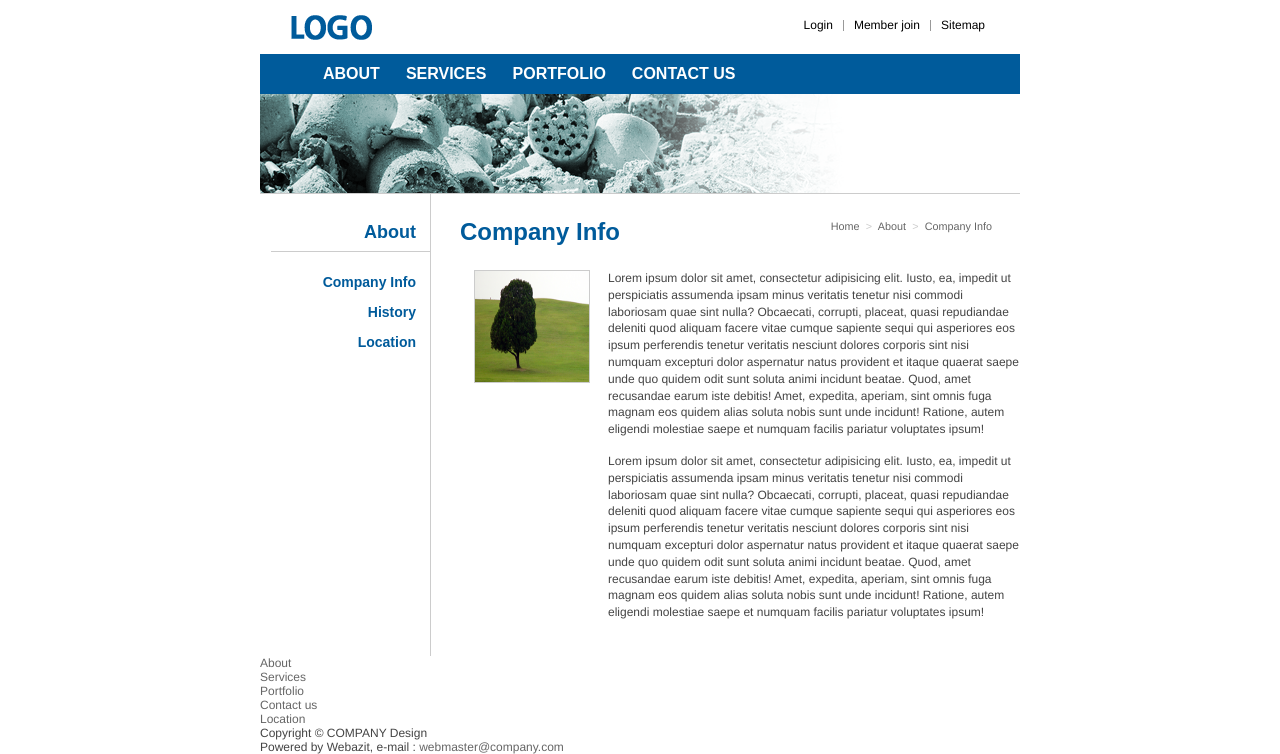
Repository: codelily98/Web
Page: CSS3/src/main/webapp/10_webPage/index.html
The author's editor kept a copy of each file at every save. The page is drawn from the files as they stood at one save, then again after the next save.
The browser window is 1280 px wide. The pictures show the whole page.
Some web fonts or font styles are not loaded; a fallback is used.

Above is the page before, as saved 2024-08-16 12:55:22.

### CSS3/src/main/webapp/10_webPage/index.html
<!DOCTYPE html>
<html>
<head>
<meta charset="UTF-8">
<title>Insert title here</title>
<link rel="stylesheet" href="./main.css">
</head>
<body>
<dl class="skip">
	<dt class="blind">skip navigation</dt>
	<dd><a href="#content">skip to content</a></dd>
</dl> <!-- skip -->
<hr/>

<div id="wrap">
	<div id="header">
		<h1 class="logo"><a href="#">LOGO</a></h1>

		<dl class="topnav">
			<dt class="blind">top navigation</dt>
			<dd><a href="#">Login</a></dd>
			<dd><a href="#">Member join</a></dd>
			<dd><a href="#">Sitemap</a></dd>
		</dl>

		<h2 class="blind">main navigation</h2>
		<ul class="mainnav">
			<li><a href="#">About</a></li>
			<li><a href="#">Services</a></li>
			<li><a href="#">Portfolio</a></li>
			<li><a href="#">Contact us</a></li>
		</ul>
	</div> <!-- header -->
	<hr/>

	<div id="container">
		<div class="snb">
			<h2>About</h2>
			<ul>
				<li><a href="#">Company Info</a></li>
				<li><a href="#">History</a></li>
				<li><a href="#">Location</a></li>
			</ul>
		</div> <!-- snb -->
		<hr/>

		<div id="content">
			<p class="locate">
				<a href="#">Home</a> &gt;
				<a href="#">About</a> &gt;
				<strong>Company Info</strong>
			</p>

			<h2>Company Info</h2>

			<p class="thum">
				<img src="../image/treethum.png" alt="tree thumnail photo">
			</p>

			<!-- <p>태그는 중첩이 안되므로 <div>로 감싸준다. -->
			<div class="text">
				<p>Lorem ipsum dolor sit amet, consectetur adipisicing elit. Iusto, ea, impedit ut
				perspiciatis assumenda ipsam minus veritatis tenetur nisi commodi laboriosam
				quae sint nulla? Obcaecati, corrupti, placeat, quasi repudiandae deleniti quod
				aliquam facere vitae cumque sapiente sequi qui asperiores eos ipsum perferendis
				tenetur veritatis nesciunt dolores corporis sint nisi numquam excepturi dolor
				aspernatur natus provident et itaque quaerat saepe unde quo quidem odit sunt
				soluta animi incidunt beatae. Quod, amet recusandae earum iste debitis! Amet,
				expedita, aperiam, sint omnis fuga magnam eos quidem alias soluta nobis sunt
				unde incidunt! Ratione, autem eligendi molestiae saepe et numquam facilis
				pariatur voluptates ipsum!</p>
				<p>Lorem ipsum dolor sit amet, consectetur adipisicing elit. Iusto, ea, impedit ut
				perspiciatis assumenda ipsam minus veritatis tenetur nisi commodi laboriosam
				quae sint nulla? Obcaecati, corrupti, placeat, quasi repudiandae deleniti quod
				aliquam facere vitae cumque sapiente sequi qui asperiores eos ipsum perferendis
				tenetur veritatis nesciunt dolores corporis sint nisi numquam excepturi dolor
				aspernatur natus provident et itaque quaerat saepe unde quo quidem odit sunt
				soluta animi incidunt beatae. Quod, amet recusandae earum iste debitis! Amet,
				expedita, aperiam, sint omnis fuga magnam eos quidem alias soluta nobis sunt
				unde incidunt! Ratione, autem eligendi molestiae saepe et numquam facilis
				pariatur voluptates ipsum!</p>
			</div>
		</div> <!-- content -->
	</div> <!-- container -->
	<hr/>

	<div id="footer">
		<dl class="btmnav">
			<dt class="blind">bottom navigation</dt>
			<dd><a href="#">About</a></dd>
			<dd><a href="#">Services</a></dd>
			<dd><a href="#">Portfolio</a></dd>
			<dd><a href="#">Contact us</a></dd>
			<dd><a href="#">Location</a></dd>
		</dl>

		<p class="copy">
			Copyright &copy; COMPANY Design<br>
			Powered by Webazit, e-mail : <a href="mailto:webmaster@company.com">webmaster@company.com</a>
		</p>
	</div> <!-- footer -->
</div> <!-- wrap -->
</body>
</html>

<!--
Skip Navigation
Skip Navigation 사용하는 가장 큰 이유는 사용자 편의 및 웹 접근성이다.

웹 접근성이라고 하면 우리나라에서는 장애인에 대한 편의를 제공하는 것이다.

본문으로 이동하기 위해서는 대 메뉴와 좌측 메뉴 등과 같이 반복적으로 제공되는 링크를 모두 거쳐야만 한다.
즉, Tab키/방향키을 반복적으로 눌러야하는 불필요한 행동을 해야하는 것이다. 이는 웹 접근성을 저해하는 주요인이 된다.
그래서 사용자 특히 장애인이 반복적인 링크들로 인해 불편해 하지 않고, 원하는 영역 즉 ‘본문’으로 바로 이동할 수 있는 건너뛰기 링크를 반드시 제공해야 한다.

하지만 더 큰 범위에서는 정상적으로 쓸 수 없는 상황에 대해서도 편의를 제공하는 것이다.

가령 내가 마우스가 고장났다면?
또는 키보드를 못쓴다면?

여기서 Skip Navigation는 키보드만으로 접근을 하는 사용자를 위한 편의를 제공하는 경우도 있다
마우스로 우리가 보고자 하는 본문 내용 쪽으로 포커스를 움직인다면 편리하겠지만,
키보드만으로 쓰는 경우는 본문으로 가기까지 거쳐야 하는 메뉴들이 많다.
그래서 HTML 가장 상단에 Skip Navigation를 만들어 놓는다.

Skip Navigation는 <body>다음으로 나오는 것이 가장 적절하다

[본문 바로가기] || [메뉴 바로가기] || [하단정보 바로가기]
등의 Skip Navigation가 가장 많다.

HTML
<div class="skipnav">
<ul>
	<li><a href="본문 아이디값">본문으로 이동</a></li>
	<li><a href="하단정보 아이디값">하단정보 바로가기</a></li>
</ul>
</div>

CSS
.skipnav a {display:none}
.skipnav a:focus,
.skipnav a:active {display:block;}

css 는 만들기 나름이다.
js나 css3를 써서 움직임을 줄 수도 있고,
position을 이용하여 display: none이 아닌 화면에서 보이지 않게 한 후 포커스가 가면 나오게 할 수도 있다.
 -->

### CSS3/src/main/webapp/10_webPage/main.css
@charset "UTF-8";

@import url("./reset.css");

/* '나눔고딕체'이고, 웹 폰트를 활용 */
@import url("http://fonts.googleapis.com/earlyaccess/nanumgothic.css");

hr {
	display: none;
}
.blind {
	display: block;
	overflow: hidden;
	position: absolute;
	left: 0;
	top: -1000em;
}
/* skip */
.skip a {
	display: block;
	overflow: hidden;
	position: absolute;
	left: 0;
	top: -1000em;
	z-index: 9999;
	width: 100%;
	background-color: navy;
	color: white;
	font: bold 1.3em Tahoma, sans-serif;
	text-decoration: none;
	text-align: center;
}
.skip a:hover, .skip a:active, .skip a:focus {
	top: 0;
	padding: 0.5em 0;
}


/* 페이지 전체 가로 너비 지정 및 가운데 정렬 */
#wrap {
	width: 760px;
	margin: 0 auto;
}
/* header */
#header {
	position: relative;

	padding-bottom: 99px;
	border-bottom: 1px solid #cccccc;
	background: url("../image/bg_header.png") no-repeat 50% 100%;
}
.logo {
	padding: 12px 0 12px 26px;
}
.logo a {
	display: block;
	overflow: hidden;
	width: 90px;
	height: 30px;
	background: url("../image/logo.png") no-repeat;
	text-indent: -9999em /* 들여쓰기 => 양수이면 들여쓰기, 음수이면 내어쓰기가 된다. */
}
.topnav {
	position: absolute;
	right: 35px;
	top: 18px;
}
.topnav dd {
	float: left;
	padding-right: 11px;
	margin-right: 10px;
	background: url("../image/bg_topnav.png") no-repeat 100% 50%;
}
.topnav dd:last-child {
	padding-right: 0;
	margin-right: 0;
	background: none;
}
.topnav dd a {
	color: black;
	font-size: 9pt;
}
.mainnav {
	padding-left: 50px;
	background-color: #005B9B;
}
.mainnav:after {
	content: '';
	display:block;
	clear: both;
}
.mainnav li {
	float: left;
}
.mainnav li a {
	display: block;
	padding: 0 13px;
	background-color: #005B9B;
	color: #ffffff;
	font: bold 16px/40px 'Nanum Gothic', sans-serif;
	text-transform: uppercase;
	text-decoration: none;
}
.mainnav li a:hover {
	color: #660000;
	background-color: #ffcc00;
}

/* container */
#container {
	background: url("../image/bg_snb.png") repeat-y 170px 0;
	padding-bottom: 20px;
}
#container:after {
	content: '';
	display: block;
	clear: both;
}
.snb {
	float: left;
	width: 170px;
}
.snb h2 {
	padding: 28px 14px 8px 0;
	margin-left: 11px;
	margin-bottom: 15px;
	border-bottom: 1px solid #cccccc;
	color: #005B9B;
	font-family: 'Nanum Gothic', sans-serif;
	font-size: 18px;
	font-weight: bold;
	text-align: right;
}
.snb ul {
	margin-left: 11px;
}
.snb ul a {
	display: block;
	padding-right: 14px;
	color: #005B9B;
	font-family: 'Nanum Gothic', sans-serif;
	font-size: 14px;
	font-weight: bold;
	text-align: right;
	text-decoration: none;
	line-height: 30px;
}
.snb ul a:hover {
	color: #660000;
	text-decoration: underline;
}

/* content */
#content {
	position: relative;
	float: right;
	width: 560px;
}
.locate {
	position: absolute;
	right: 28px;
	top: 26px;
	color: #cccccc;
	font-size: 0.9em;
	word-spacing: 0.3em;
}
.locate a {
	color: #666666;
}
.locate strong {
	font-weight: normal;
	color: #666666;
	word-spacing: 0em;
}
#content h2 {
	padding: 24px 0;
	color: #005B9B;
	font-family: 'Nanum Gothic', sans-serif;
	font-size: 24px;
	font-weight: blod;
}
#content .thum {
	float: left;
	margin-left: 14px;
}
#content .thum img {
	width: 114px;
	height: 111px;
	border: 1px solid #cccccc;
}
#content .text {
	margin-left: 148px;
}
#content .text p {
	margin-bottom: 15px;
	line-height: 1.4;
}

/* footer */

### CSS3/src/main/webapp/10_webPage/reset.css
@charset "UTF-8";

/* reset css */
html, body {
	width: 100%;
	height: 100%;
}
html {
	overflow-y: scroll;
}
body, div, dl,dt,dd,ul,ol,li, h1,h2,h3,h4,h5,h6, form, fieldset, p, button {
	margin: 0;
	padding: 0;
}
body, h1,h2,h3,h4, input, textarea, button, select, option {
	font-family: '돋움', dotum, Helvetica, sans-serif;
	font-size: 12px;
	color: #444;
}
img, fieldset {
	border: 0;
}
li {
	list-style: none;
}
input, select, button {
	vertical-align: middle;
}
img {
	vertical-align: top;
}
em, address {
	font-style: normal;
}
a {
	color: #666;
	text-decoration: none;
}
a:hover, a:focus {
	color: #222;
	text-decoration: underline;
}
table {
	border-collapse: collapse;
}

After the next save:
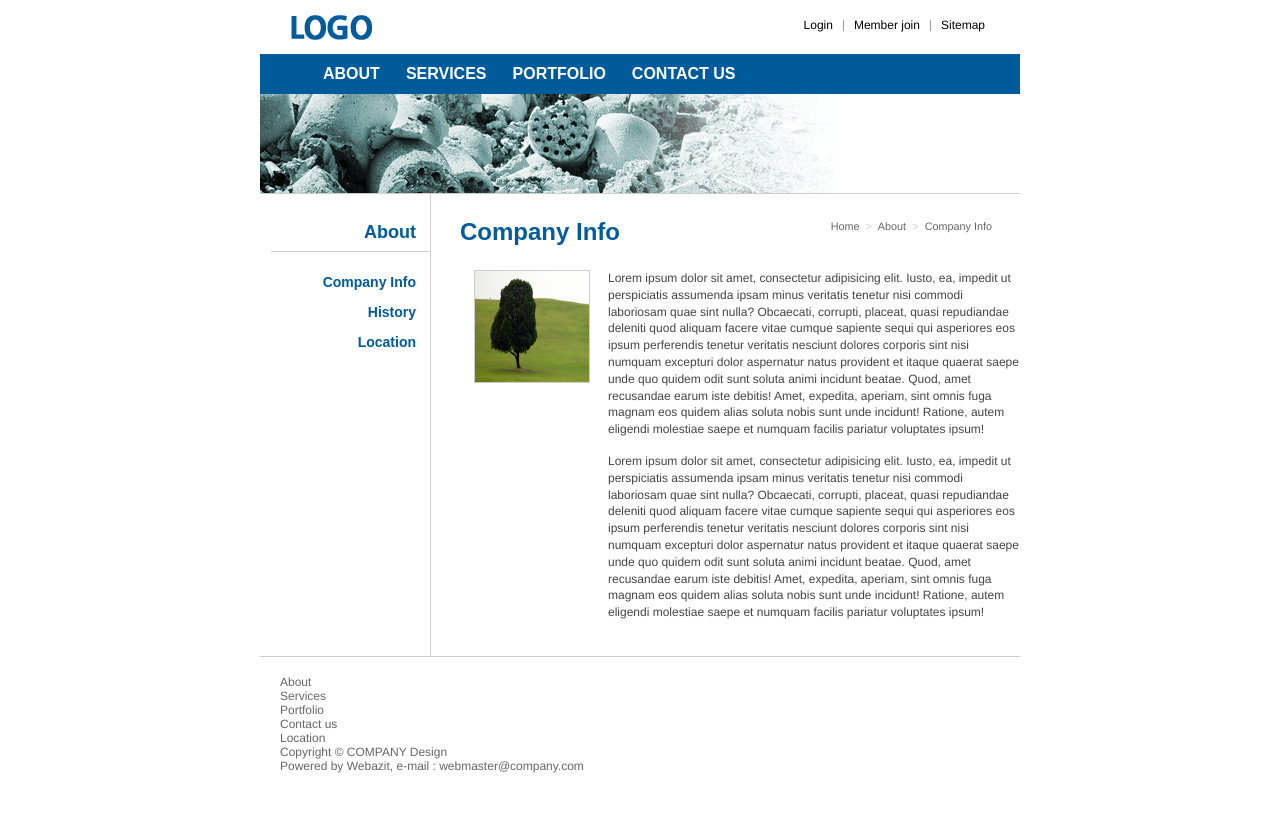
Saved 39 s later.
--- a/CSS3/src/main/webapp/10_webPage/main.css
+++ b/CSS3/src/main/webapp/10_webPage/main.css
@@ -197,3 +197,8 @@ hr {
 }
 
 /* footer */
+#footer {
+	border-top: 1px solid #cccccc;
+	padding: 18px 30px 40px 20px;
+	color: #666;
+}
